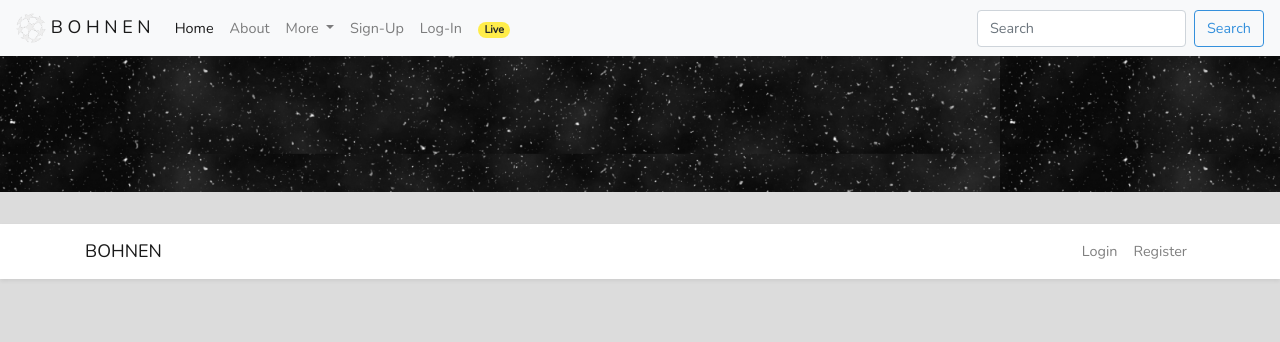
Repository: davidbohnen/BOHNEN
Page: resources/views/public.blade.php
The author's editor kept a copy of each file at every save. The page is drawn from the files as they stood at one save, then again after the next save.
The browser window is 1280 px wide. The pictures show the whole page.
Some web libraries are served in a nearby version. The page is served by the project's Laravel application, run on PHP 8.4 with Laravel 8. Other server files are loaded and not shown. The template is opened directly, without the code that normally fills it, so the values that code supplies are empty.

Above is the page before, as saved 2020-05-05 19:45:52.

### routes/web.php
<?php

use Illuminate\Support\Facades\Route;

/*
|--------------------------------------------------------------------------
| Web Routes
|--------------------------------------------------------------------------
|
| Here is where you can register web routes for your application. These
| routes are loaded by the RouteServiceProvider within a group which
| contains the "web" middleware group. Now create something great!
|
*/

Route::get('/', function () {
    return view('welcome');
});

Auth::routes();

Route::get('/home', 'HomeController@index')->name('home');

Route::get('/post/create', 'PostController@create');
Route::post('/post', 'PostController@store');
Route::get('/post/{post}', 'PostController@show');

Route::get('/public', 'IndexController@public');

// Route::get('/about', 'IndexController@about');
// Route::get('/watch', 'IndexController@watch');
// Route::get('/listen', 'IndexController@listen');
// Route::get('/more', 'IndexController@more');
// Route::get('/history', 'IndexController@history');
// Route::get('/record', 'IndexController@record');
// Route::get('/contact', 'IndexController@contact');
// Route::get('/signin', 'IndexController@signin');
//Route::get('/login', 'IndexController@login');
//Route::get('/live', 'IndexController@live');

### resources/views/public.blade.php
@extends('layouts.app')
<!doctype html>
<html lang="en">
  <head>
    <!-- Required meta tags -->
    <meta charset="utf-8">
    <meta name="viewport" content="width=device-width, initial-scale=1, shrink-to-fit=no">

    <!-- Bootstrap CSS -->
    <link rel="stylesheet" href="https://maxcdn.bootstrapcdn.com/bootstrap/4.0.0/css/bootstrap.min.css" integrity="sha384-Gn5384xqQ1aoWXA+058RXPxPg6fy4IWvTNh0E263XmFcJlSAwiGgFAW/dAiS6JXm" crossorigin="anonymous">

    <title>@yield('title') </title>
  </head>
  <body style = "background-color: gainsboro;">

    <nav class="navbar navbar-expand-lg navbar-light bg-light" >
      <a class="navbar-brand" href="/"><img src="images/uclball.png" width="30" height="30" class="d-inline-block align-top" alt="">
        B O H N E N</a>
      <button class="navbar-toggler" type="button" data-toggle="collapse" data-target="#navbarSupportedContent" aria-controls="navbarSupportedContent" aria-expanded="false" aria-label="Toggle navigation">
        <span class="navbar-toggler-icon"></span>
      </button>

      <div class="collapse navbar-collapse" id="navbarSupportedContent">
        <ul class="navbar-nav mr-auto">
          <li class="nav-item active">
            <a class="nav-link" href="/">Home <span class="sr-only">(current)</span></a>
          </li>
          <li class="nav-item">
            <a class="nav-link" href="/about">About</a>
          </li>

          <li class="nav-item dropdown">
            <a class="nav-link dropdown-toggle" href="#" id="navbarDropdown" role="button" data-toggle="dropdown" aria-haspopup="true" aria-expanded="false">
              More
            </a>
            <div class="dropdown-menu" aria-labelledby="navbarDropdown">
              <a class="dropdown-item" href="/history">History</a>
              <a class="dropdown-item" href="/record">Records</a>
              <div class="dropdown-divider"></div>
              <a class="dropdown-item" href="/contact">Contact</a>
            </div>
          </li>


          <li class="nav-item">
            <a class="nav-link " href="/signin" class="btn btn-link" style="text-decoration: none; ">Sign-Up</a>
          </li>

          <li class="nav-item">
            <a class="nav-link " href="/login" class="btn btn-link" style="text-decoration: none;">Log-In</a>
          </li>

          <li class="nav-item">
            <a class="nav-link " href="/live"><span class="badge badge-pill badge-warning">Live</span></a>
          </li>

        </ul>
        <form class="form-inline my-2 my-lg-0">
          <input class="form-control mr-sm-2" type="search" placeholder="Search" aria-label="Search">
          <button class="btn btn-outline-primary my-2 my-sm-0" type="submit">Search</button>
        </form>
      </div>
    </nav>

    <div class="jumbotron jumbotron-fluid" style= " background-image: url( images/galaback.png ) ; background-size: 1000px;">
      <div class="container" style= "text-align: center; color: white;">
        <h2> @yield('jumbotext') </h2>

      </div>
    </div>
    @yield('content')

    <script src="https://code.jquery.com/jquery-3.2.1.slim.min.js" integrity="sha384-KJ3o2DKtIkvYIK3UENzmM7KCkRr/rE9/Qpg6aAZGJwFDMVNA/GpGFF93hXpG5KkN" crossorigin="anonymous"></script>
    <script src="https://cdnjs.cloudflare.com/ajax/libs/popper.js/1.12.9/umd/popper.min.js" integrity="sha384-ApNbgh9B+Y1QKtv3Rn7W3mgPxhU9K/ScQsAP7hUibX39j7fakFPskvXusvfa0b4Q" crossorigin="anonymous"></script>
    <script src="https://maxcdn.bootstrapcdn.com/bootstrap/4.0.0/js/bootstrap.min.js" integrity="sha384-JZR6Spejh4U02d8jOt6vLEHfe/JQGiRRSQQxSfFWpi1MquVdAyjUar5+76PVCmYl" crossorigin="anonymous"></script>
    </body>
</html>

### resources/views/layouts/app.blade.php
<!doctype html>
<html lang="{{ str_replace('_', '-', app()->getLocale()) }}">
<head>
    <meta charset="utf-8">
    <meta name="viewport" content="width=device-width, initial-scale=1">

    <!-- CSRF Token -->
    <meta name="csrf-token" content="{{ csrf_token() }}">

    <title>{{ config('BOHNEN', 'BOHNEN') }}</title>


    <!-- Scripts -->
    <script src="{{ asset('js/app.js') }}" defer></script>

    <!-- Fonts -->
    <link rel="dns-prefetch" href="//fonts.gstatic.com">
    <link href="https://fonts.googleapis.com/css?family=Nunito" rel="stylesheet">

    <!-- Styles -->
    <link href="{{ asset('css/app.css') }}" rel="stylesheet">
</head>
<body>
    <div id="app">
        <nav class="navbar navbar-expand-md navbar-light bg-white shadow-sm">
            <div class="container">
                <a class="navbar-brand" href="{{ url('/') }}">
                    {{ config('BOHNEN', 'BOHNEN') }}
                </a>
                <button class="navbar-toggler" type="button" data-toggle="collapse" data-target="#navbarSupportedContent" aria-controls="navbarSupportedContent" aria-expanded="false" aria-label="{{ __('Toggle navigation') }}">
                    <span class="navbar-toggler-icon"></span>
                </button>

                <div class="collapse navbar-collapse" id="navbarSupportedContent">
                    <!-- Left Side Of Navbar -->
                    <ul class="navbar-nav mr-auto">

                    </ul>

                    <!-- Right Side Of Navbar -->
                    <ul class="navbar-nav ml-auto">
                        <!-- Authentication Links -->
                        @guest
                            <li class="nav-item">
                                <a class="nav-link" href="{{ route('login') }}">{{ __('Login') }}</a>
                            </li>
                            @if (Route::has('register'))
                                <li class="nav-item">
                                    <a class="nav-link" href="{{ route('register') }}">{{ __('Register') }}</a>
                                </li>
                            @endif
                        @else
                            <li class="nav-item dropdown">
                                <a id="navbarDropdown" class="nav-link dropdown-toggle" href="#" role="button" data-toggle="dropdown" aria-haspopup="true" aria-expanded="false" v-pre>
                                    {{ Auth::user()->name }} <span class="caret"></span>
                                </a>

                                <div class="dropdown-menu dropdown-menu-right" aria-labelledby="navbarDropdown">
                                    <a class="dropdown-item" href="{{ route('logout') }}"
                                       onclick="event.preventDefault();
                                                     document.getElementById('logout-form').submit();">
                                        {{ __('Logout') }}
                                    </a>

                                    <form id="logout-form" action="{{ route('logout') }}" method="POST" style="display: none;">
                                        @csrf
                                    </form>
                                </div>
                            </li>
                        @endguest
                    </ul>
                </div>
            </div>
        </nav>

        <main class="py-4">
            @yield('content')
        </main>
    </div>
</body>
</html>

Loaded but not shown: app/Http/Controllers/Auth/LoginController.php (common file); app/Http/Controllers/Controller.php (common file); app/Http/Controllers/Auth/ConfirmPasswordController.php (common file); public/css/app.css (library)

After the next save:
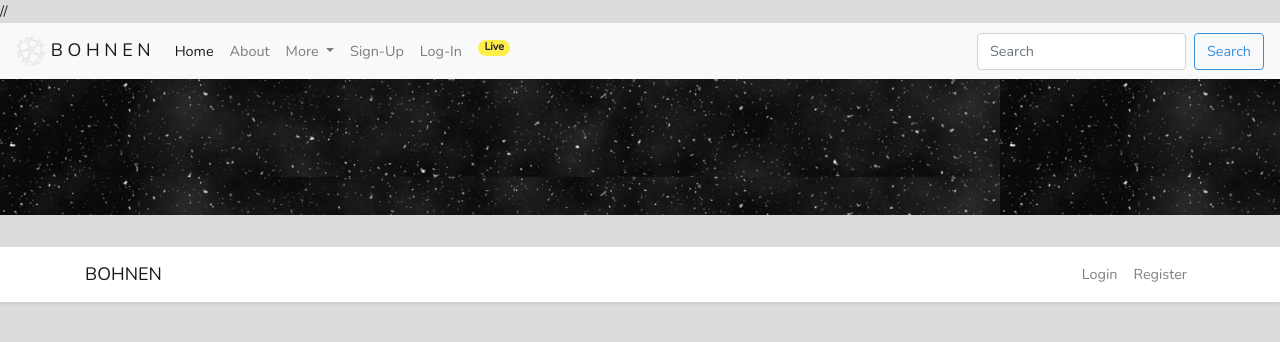
Saved 53 s later.
--- a/resources/views/public.blade.php
+++ b/resources/views/public.blade.php
@@ -1,4 +1,4 @@
-@extends('layouts.app')
+//@extends('layouts.app')
 <!doctype html>
 <html lang="en">
   <head>
